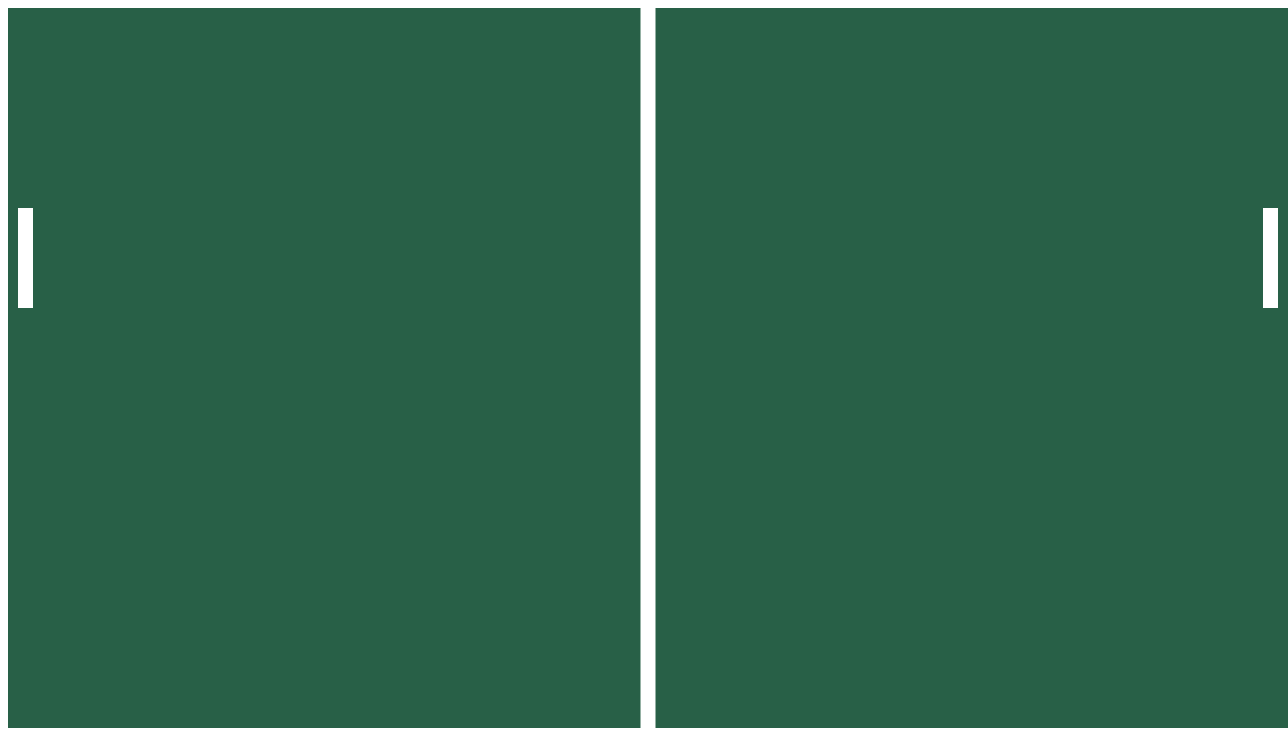
Repository: luizgaivaa/Game
Page: index.html
An editor plug-in stored every save of this project. The page is shown before and after the next save, followed by the edit.
The browser window is 1280 px wide. The page is 1288 px wide, so the pictures cover 1288 px, including what lies to the right of the window. The pictures show the whole page.

Above is the page before, as saved 2024-03-26 16:26:23.

### index.html
<!DOCTYPE html>
<html lang="en">
<head>
    <meta charset="UTF-8">
    <meta name="viewport" content="width=device-width, initial-scale=1.0">
    <title>Ping_pong</title>
</head>
<body>
    <canvas></canvas>
        <script>
               const canvasEl = document.querySelector("canvas")
        const canvasCtx = canvasEl.getContext("2d")

        const lineWidth = 15
        function setup(){
            canvasEl.width = canvasCtx.width = window.innerWidth
            canvasEl.height = canvasCtx.height = window.innerHeight
        }

        function draw (){
            canvasCtx.fillStyle = "#286047"
            canvasCtx.fillRect(0,0, window.innerWidth, window.innerHeight)

            canvasCtx.fillStyle = "#ffffff"
            const x= window.innerWidth /2 - lineWidth /2
            const y = 0
            const w = lineWidth
            const h = window.innerHeight

            canvasCtx.fillRect(x,y,w,h)
            //raquete esquerda
            canvasCtx.fillRect(10,200,lineWidth,100)

            //raquete direita
            canvasCtx.fillRect(window.innerWidth - lineWidth - 10, 200, lineWidth, 100)

            //bolinha
            canvasCtx.beginPath()
            canvasCtx.arc(500, 300, 20, 0, 2*Math.PI, false)
            canvasCtx.fill

        }
        setup()
        draw()
        </script>


</body>
</html>

After the next save:
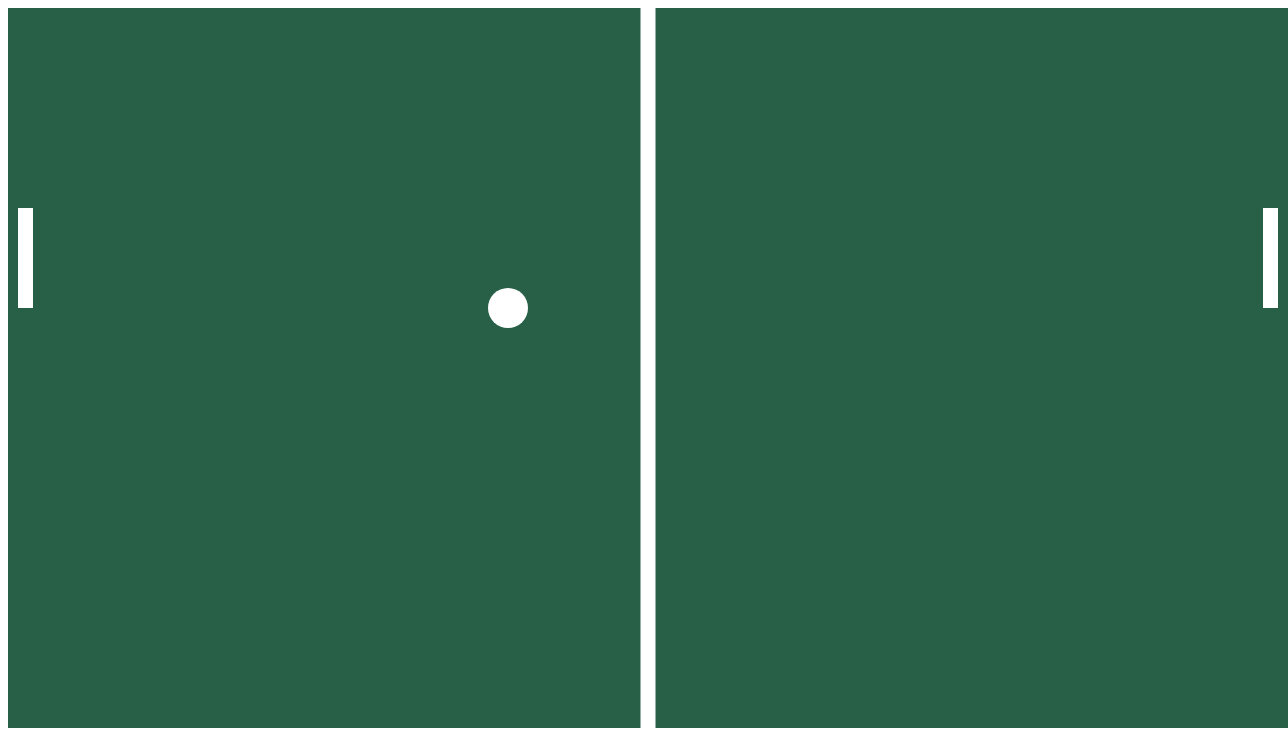
Saved 16 s later.
--- a/index.html
+++ b/index.html
@@ -37,7 +37,7 @@
             //bolinha
             canvasCtx.beginPath()
             canvasCtx.arc(500, 300, 20, 0, 2*Math.PI, false)
-            canvasCtx.fill
+            canvasCtx.fill()
 
         }
         setup()
